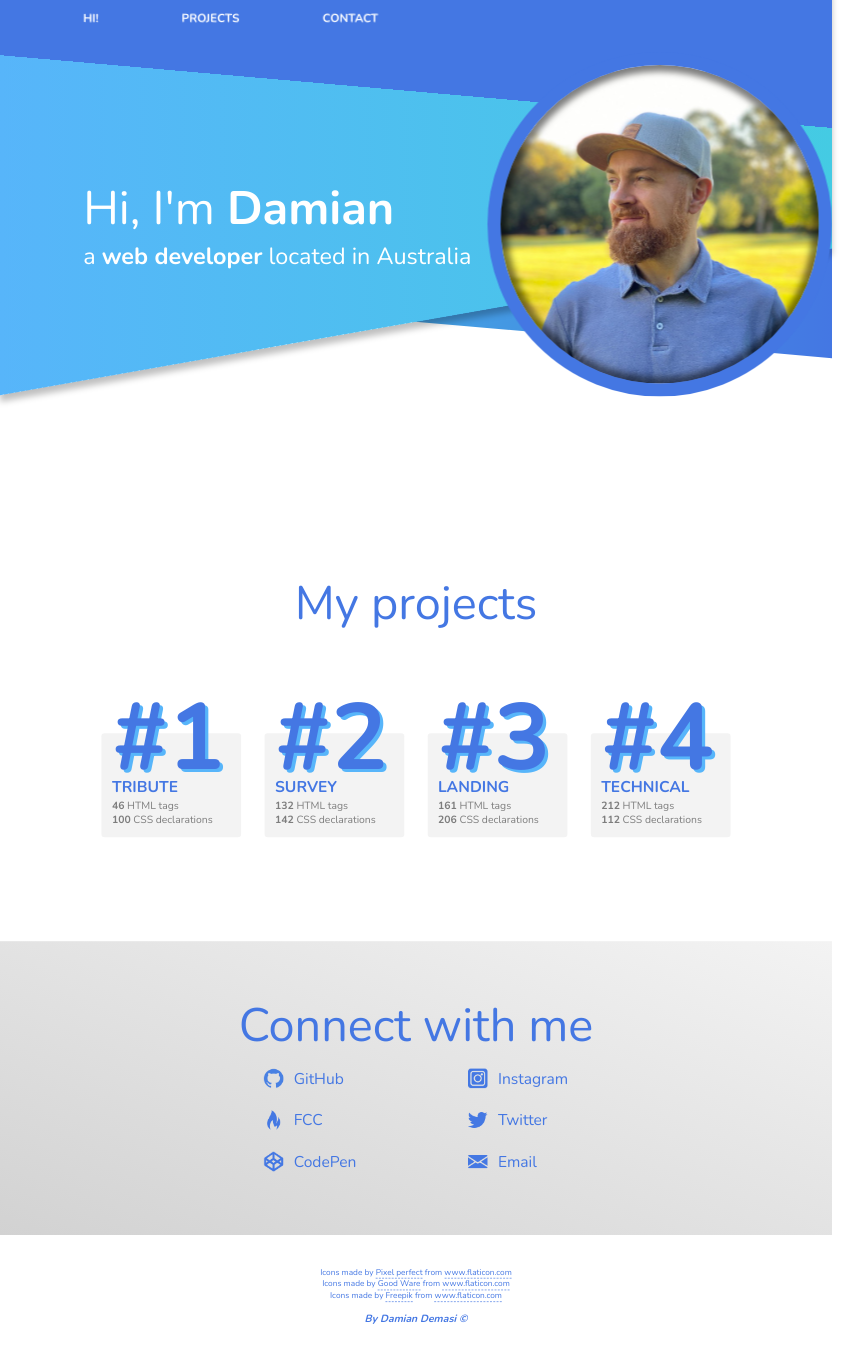
Repository: Colo-Codes/freecodecamp-05-Personal-Portfolio-Webpage
Page: index.html
These files come from the project's save history. The page is drawn as it stood at one moment and after the next save; the edit follows.
The browser window is 1280 px wide. The page is 1320 px wide, so the pictures cover 1320 px, including what lies to the right of the window. The pictures show the whole page, at 65% of full size.

Above is the page before, as saved 2021-06-04 08:12:15.

After the next save:
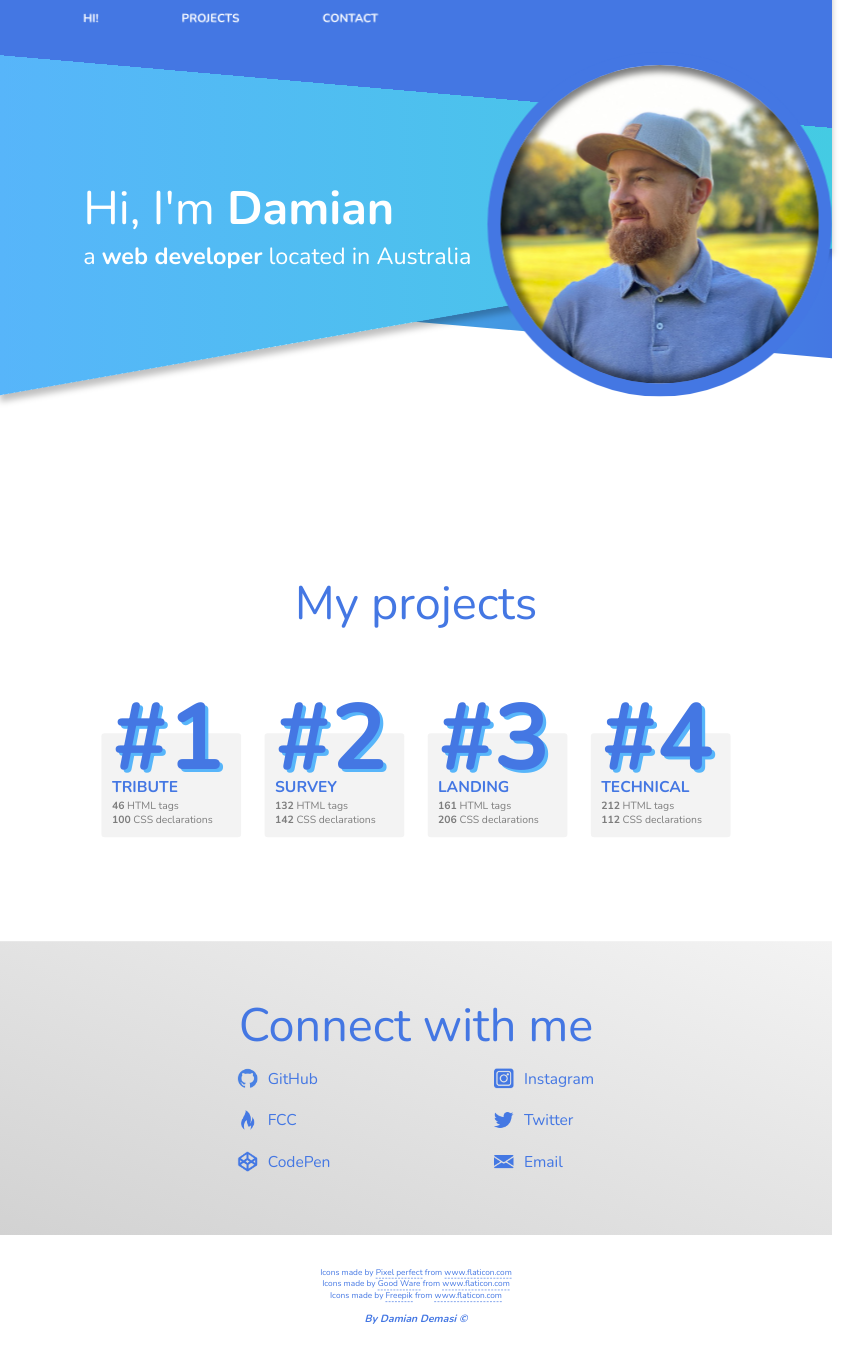
Saved 54 s later.
--- a/css/index.css
+++ b/css/index.css
@@ -282,14 +282,7 @@ a:link {
 .contact-networks-col {
     display: flex;
     flex-direction: column;
-}
-
-.contact-networks-col:first-of-type {
-    margin-left: 5rem;
-}
-
-.contact-networks-col:last-of-type {
-    margin-right: 5rem;
+    margin: 0 2rem;
 }
 
 .contact-networks-col a {

After the save that followed:
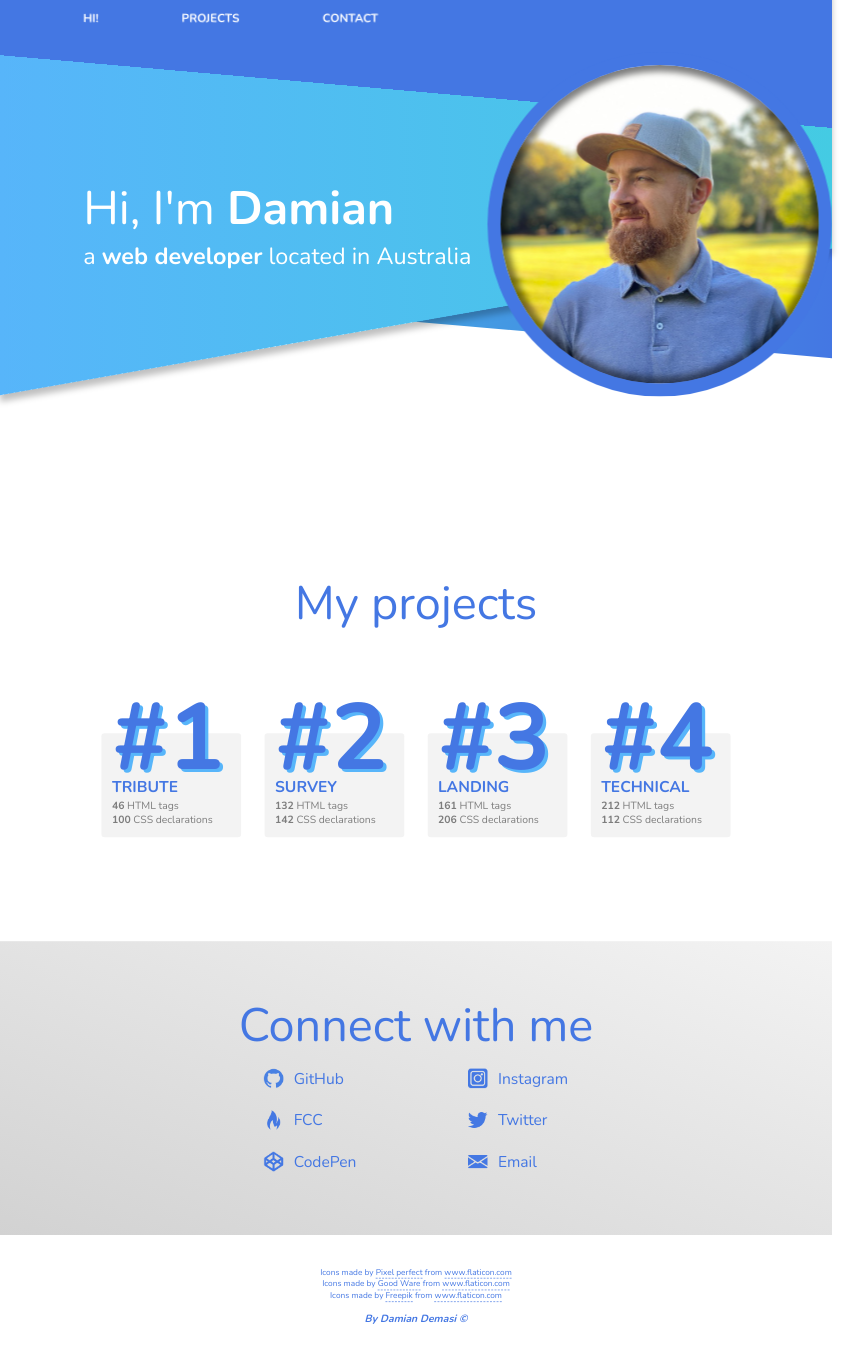
Saved 38 s later.
--- a/css/index.css
+++ b/css/index.css
@@ -272,7 +272,7 @@ a:link {
 }
 
 #contact-networks {
-    max-width: 50rem;
+    max-width: 40rem;
     display: flex;
     margin: auto;
     justify-content: space-around;
